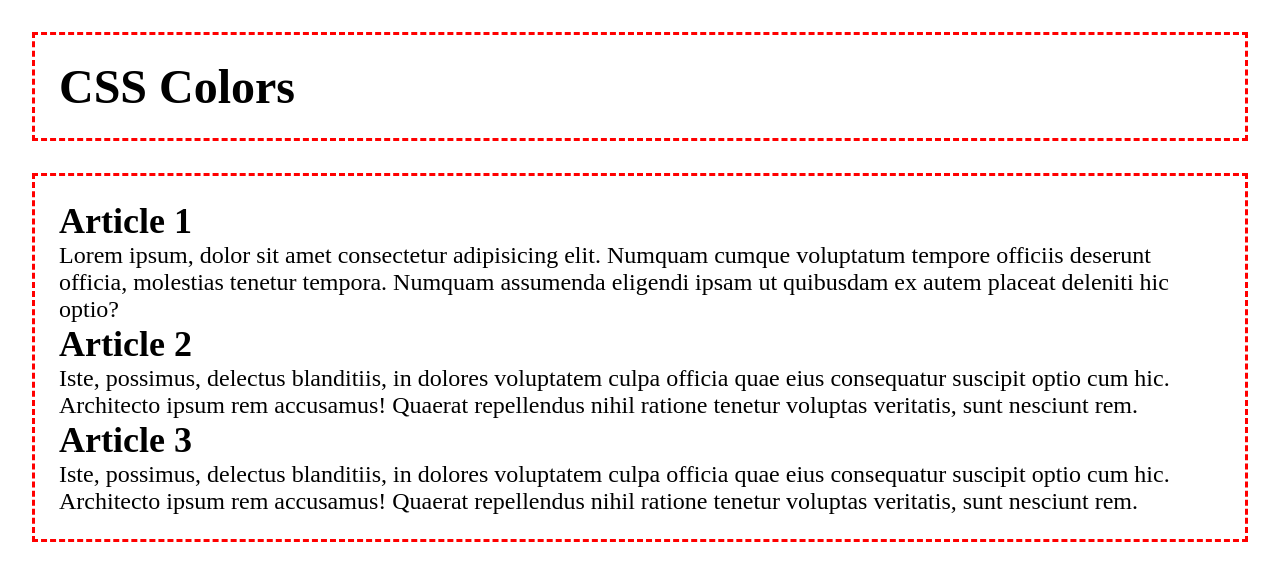
Repository: madhurik9999/Css
Page: index.html
An editor plug-in stored every save of this project. The page is shown before and after the next save, followed by the edit.
The browser window is 1280 px wide. The pictures show the whole page.

Above is the page before, as saved 2023-12-09 12:18:26.

### index.html
<!DOCTYPE html>
<html lang="en">

<head>
    <meta charset="UTF-8">
    <meta http-equiv="X-UA-Compatible" content="IE=edge">
    <meta name="viewport" content="width=device-width, initial-scale=1.0">
    <title>Document</title>
    <link rel="stylesheet" href="styles/style.css">
</head>

<body>
    <header class="container">
        <h1>CSS Colors</h1>
    </header>
    <main class="container">
        <article>
            <h2>Article 1</h2>
            <p class="gray">Lorem ipsum, dolor sit amet consectetur adipisicing elit. Numquam cumque voluptatum tempore
                officiis
                deserunt
                officia, molestias tenetur tempora. Numquam assumenda eligendi ipsam ut quibusdam ex autem placeat
                deleniti
                hic optio?</p>
        </article>
        <article>
            <h2>Article 2</h2>
            <p class="two">Iste, possimus, delectus blanditiis, in dolores voluptatem culpa officia quae
                eius
                consequatur
                suscipit optio
                cum hic. Architecto ipsum rem accusamus! Quaerat repellendus <span class="highlight">nihil</span>
                ratione tenetur voluptas
                veritatis,
                sunt
                nesciunt rem.</p>
        </article>
        <article>
            <h2>Article 3</h2>
            <p class="three">Iste, possimus, delectus blanditiis, in dolores voluptatem culpa officia quae eius
                consequatur
                suscipit optio
                cum hic. Architecto <span class="highlight">ipsum</span> rem accusamus! Quaerat repellendus nihil
                ratione tenetur voluptas
                veritatis,
                sunt
                nesciunt rem.</p>
        </article>
    </main>
</body>

</html>

### styles/style.css
/* Selectors */
/* html {
    font-size: 22px;
}

body {
    font-size: 22px;
}

main {
    font-family: monospace;
}

button,
input,
textarea,
select {
    font: inherit;
}

p {
    color: purple;
}

.highlight {
    text-transform: uppercase;
    background-color: gold;
}

.gray {
    color: grey;
}

#second {
    font-style: italic;
} */

/* Colors */
/* body {
    font-size: 22px;
    font-family: Arial, Helvetica, sans-serif;
    line-height: 1.5;
    background: papayawhip;
    color: rgb(255, 0, 0);
}

p {
    color: #ff00ffd2;
} */

/* Css Units & Sizes */
/* * {
    margin: 0;
    padding: 0;
    box-sizing: border-box;
}

body {
    width: 100%;
    height: 100vh;
}

h1 {
    border: 2px dashed red;
    width: 50%;
    font-size: 3rem;
    padding: 0.5em;
}

main {
    font-size: 2rem;
}

p {
    font-size: 2rem;
} */

/* CSS BOX MODEL */
/* * {
    margin: 0;
    padding: 0;
    box-sizing: border-box;
}

h1 {
    border: 2px dashed red;
    width: 400px;
    font-size: 3rem;
    padding: 0.5em;
} */

/* /Box Modal */
* {
    margin: 0;
    padding: 0;
    box-sizing: border-box;
}

.container {
    border: dashed red;
    font-size: 1.5rem;
    /* margin-top: 1.5rem;
    margin-left: 1.5rem;
    margin-right: 1.5rem;
    margin-bottom: 1.5rem; */
    margin: 2rem 2rem 2rem 2rem;
    /* margin: 2rem 2rem 2rem ;
    margin: 2rem 2rem; */
    padding: 1.5rem;
}

After the next save:
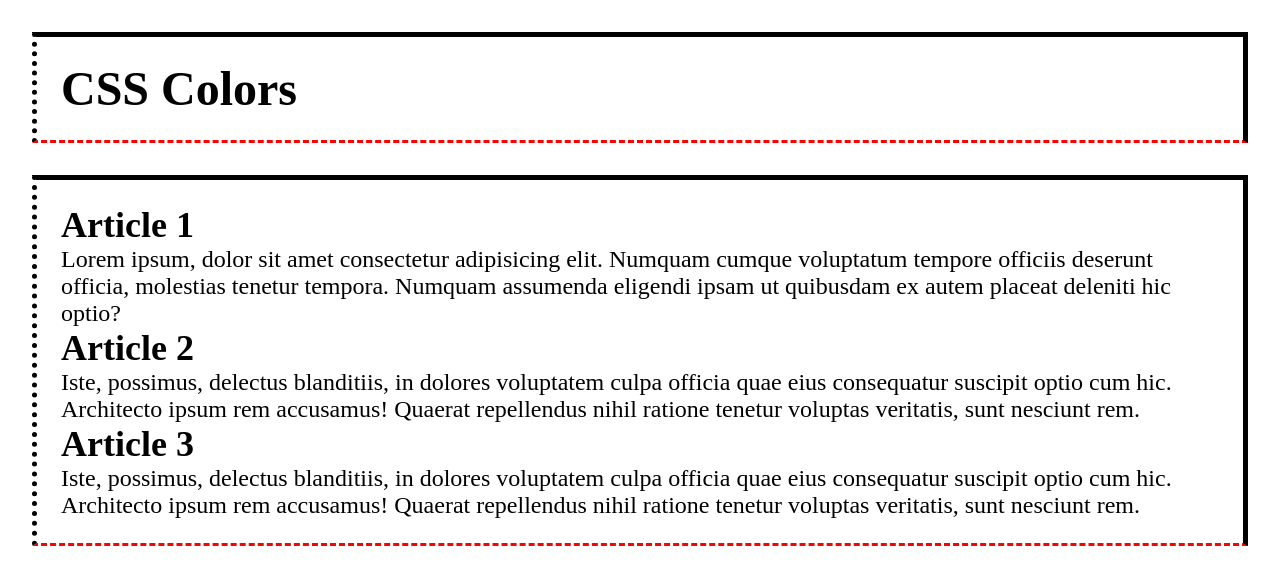
Saved 34 s later.
--- a/styles/style.css
+++ b/styles/style.css
@@ -98,6 +98,9 @@ h1 {
 
 .container {
     border: dashed red;
+    border-top: 5px solid;
+    border-left: 5px dotted;
+    border-right: 5px solid;
     font-size: 1.5rem;
     /* margin-top: 1.5rem;
     margin-left: 1.5rem;
